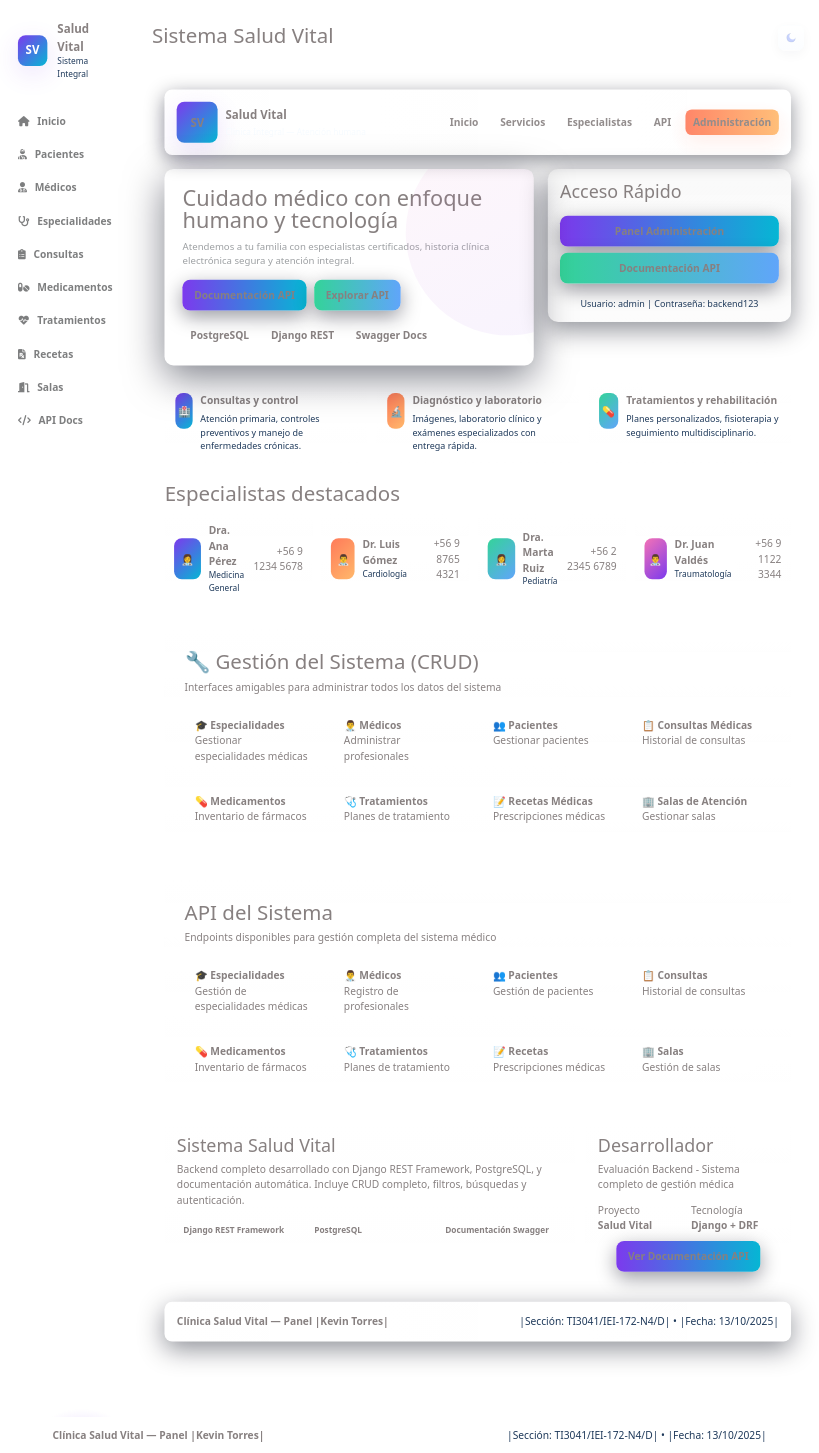
Repository: KeviNozh/eva2_clinica
Page: templates/index.html
The author's editor kept a copy of each file at every save. The page is drawn from the files as they stood at one save, then again after the next save.
The browser window is 1280 px wide. The pictures show the whole page, at 64% of full size.
The template is drawn by Django 5.2. The application's start-up code is not run. Other server files are loaded and not shown. The template is opened directly, without the code that normally fills it, so the values that code supplies are empty.

Above is the page before, as saved 2025-10-16 00:19:36.

### templates/index.html
{% extends 'base.html' %}

{% block title %}Inicio - Salud Vital{% endblock %}

{% block content %}
<!DOCTYPE html>
<html lang="es">
<head>
  <meta charset="utf-8" />
  <meta name="viewport" content="width=device-width,initial-scale=1" />
  <style>
  /* Paleta viva y variables */
  :root{
    --bg:#ffffff;      /* fondo oscuro general */
    --soft-bg:#f6fbff;          /* paneles claros */
    --glass: rgba(224, 255, 246, 0.06);
    --muted:#1e395a;
    --white: #878080;

    --c1-start:#7c3aed; --c1-end:#06b6d4;   /* morado -> cian */
    --c2-start:#ff7a59; --c2-end:#ffb86b;   /* naranja -> amarillo */
    --c3-start:#34d399; --c3-end:#60a5fa;   /* verde -> azul */
    --c4-start:#f472b6; --c4-end:#7c3aed;   /* rosa -> morado */

    --radius:14px;
    --shadow-lg: 0 18px 60px rgba(2,6,23,0.5);
    --max-width:1200px;
    font-family: Inter, system-ui, -apple-system, "Segoe UI", Roboto, "Helvetica Neue", Arial, sans-serif;
    color-scheme: dark;
  }

  /* Reset y layout */
  *{box-sizing:border-box}
  html,body{height:100%;margin:0;background:
    radial-gradient(600px 300px at 10% 10%, rgba(124,58,237,0.12), transparent 10%),
    radial-gradient(500px 240px at 90% 70%, rgba(6,182,212,0.08), transparent 8%),
    var(--bg);
    -webkit-font-smoothing:antialiased;color:var(--white);
  }
  a{color:inherit;text-decoration:none}
  .wrap{max-width:var(--max-width);margin:30px auto;padding:20px}

  /* Header */
  header.site{
    display:flex;align-items:center;gap:16px;padding:18px;border-radius:12px;
    background: linear-gradient(90deg, rgba(255,255,255,0.03), rgba(255,255,255,0.02));
    border: 1px solid rgba(255,255,255,0.04);
    box-shadow: 0 8px 30px rgba(2,6,23,0.45);
  }
  .brand{display:flex;gap:12px;align-items:center}
  .logo{
    width:64px;height:64px;border-radius:12px;background:linear-gradient(135deg,var(--c1-start),var(--c1-end));
    display:grid;place-items:center;font-weight:900;font-size:18px;color:var(--white);box-shadow:0 12px 40px rgba(124,58,237,0.14)
  }
  .brand .title{font-weight:800;font-size:18px}
  .brand .subtitle{font-size:13px;color:#f6fbff;margin-top:4px}

  nav.main{margin-left:auto;display:flex;gap:10px;align-items:center}
  .nav-link{padding:8px 12px;border-radius:10px;color:var(--white);opacity:0.9;font-weight:700}
  .nav-link.ghost{background:transparent;border:1px solid rgba(186, 179, 179, 0.04);opacity:0.8}
  .nav-link.cta{background:linear-gradient(90deg,var(--c2-start),var(--c2-end));box-shadow:0 12px 30px rgba(255,122,89,0.14)}

  /* Hero */
  .hero{display:grid;grid-template-columns:1fr 380px;gap:22px;margin-top:22px;align-items:start}
  @media (max-width:980px){ .hero{grid-template-columns:1fr} }
  .hero-card{
    background: linear-gradient(180deg, rgba(255,255,255,0.04), rgba(255,255,255,0.02));
    border-radius:var(--radius);padding:28px;box-shadow:var(--shadow-lg);
    position:relative;overflow:hidden;
  }
  /* decorative shapes */
  .hero-card::before{
    content:"";position:absolute;right:-120px;top:-60px;width:320px;height:320px;border-radius:160px;
    background:linear-gradient(135deg,var(--c4-start),var(--c4-end));opacity:0.06;transform:rotate(20deg);
  }
  .hero h1{margin:0;font-size:34px;line-height:1.02}
  .hero p{margin:12px 0;color:#9da0a3;font-size:15px}
  .cta-group{display:flex;gap:12px;margin-top:18px;flex-wrap:wrap}
  .btn{
    padding:12px 18px;border-radius:12px;border:0;font-weight:800;cursor:pointer;
    color:var(--white);box-shadow:0 10px 30px rgba(2,6,23,0.4)
  }
  .btn.primary{background:linear-gradient(90deg,var(--c1-start),var(--c1-end))}
  .btn.alt{background:linear-gradient(90deg,var(--c3-start),var(--c3-end))}

  /* Appointment card (right) */
  .appointment{
    background: linear-gradient(180deg, rgba(90, 90, 90, 0.03), rgba(87, 86, 86, 0.02));
    padding:18px;border-radius:16px;border:1px solid rgba(255,255,255,0.04);box-shadow:0 12px 40px rgba(2,6,23,0.45)
  }
  .appointment h3{margin:0 0 10px 0}
  .appointment label{display:block;font-size:13px;color:var(--muted);margin-bottom:6px}
  .appointment input, .appointment select{width:100%;padding:10px;border-radius:10px;border:1px solid rgba(255,255,255,0.04);background:transparent;color:var(--white);margin-bottom:10px}

  /* Services grid */
  .services{display:grid;grid-template-columns:repeat(3,1fr);gap:14px;margin-top:26px}
  @media (max-width:1100px){ .services{grid-template-columns:repeat(2,1fr)} }
  @media (max-width:700px){ .services{grid-template-columns:1fr} }
  .service{
    background:linear-gradient(180deg, rgba(255,255,255,0.02), rgba(255,255,255,0.01));
    padding:16px;border-radius:12px;border:1px solid rgba(255,255,255,0.03);display:flex;gap:12px;align-items:flex-start;
  }
  .service .icon{width:56px;height:56px;border-radius:12px;display:grid;place-items:center;color:var(--white);font-weight:900}
  .s1{background:linear-gradient(135deg,var(--c1-start),var(--c1-end))}
  .s2{background:linear-gradient(135deg,var(--c2-start),var(--c2-end))}
  .s3{background:linear-gradient(135deg,var(--c3-start),var(--c3-end))}
  .service .title{font-weight:800}
  .service .desc{color:var(--muted);margin-top:6px;font-size:14px}

  /* Specialists */
  .specialists{margin-top:28px}
  .specialists h2{margin:0 0 12px 0}
  .cards{display:grid;grid-template-columns:repeat(4,1fr);gap:14px}
  @media (max-width:1100px){ .cards{grid-template-columns:repeat(2,1fr)} }
  @media (max-width:600px){ .cards{grid-template-columns:1fr} }
  .doctor{
    background:linear-gradient(180deg, rgba(255,255,255,0.02), rgba(255,255,255,0.01));
    padding:14px;border-radius:12px;border:1px solid rgba(255,255,255,0.03);display:flex;gap:12px;align-items:center;
  }
  .avatar{width:64px;height:64px;border-radius:12px;display:grid;place-items:center;font-weight:900;color:var(--white)}
  .avatar.a1{background:linear-gradient(135deg,var(--c1-start),var(--c1-end))}
  .avatar.a2{background:linear-gradient(135deg,var(--c2-start),var(--c2-end))}
  .avatar.a3{background:linear-gradient(135deg,var(--c3-start),var(--c3-end))}
  .avatar.a4{background:linear-gradient(135deg,var(--c4-start),var(--c4-end))}
  .doc-meta .name{font-weight:800}
  .doc-meta .spec{color:var(--muted);font-size:13px}

  /* Facilities / base */
  .base{display:grid;grid-template-columns:2fr 1fr;gap:16px;margin-top:28px}
  @media (max-width:900px){ .base{grid-template-columns:1fr} }
  .about, .contact{
    background: linear-gradient(180deg, rgba(255,255,255,0.02), rgba(255,255,255,0.01));
    padding:18px;border-radius:12px;border:1px solid rgba(255,255,255,0.03);
  }
  .about h3{margin-top:0}
  .features{display:grid;grid-template-columns:repeat(3,1fr);gap:10px;margin-top:12px}
  .feature{padding:10px;border-radius:10px;background:linear-gradient(90deg, rgba(255,255,255,0.02), transparent);font-weight:700;color:var(--white);font-size:13px}

  /* Contact */
  .contact form input, .contact form textarea{width:100%;padding:10px;border-radius:10px;border:1px solid rgba(255,255,255,0.04);background:transparent;color:var(--white);margin-bottom:8px}

  /* Footer */
  footer.site{
    margin-top:28px;padding:18px;border-radius:12px;background:linear-gradient(90deg, rgba(255,255,255,0.03), rgba(255,255,255,0.02));
    border:1px solid rgba(255,255,255,0.04);
    display:flex;justify-content:space-between;align-items:center;gap:12px;box-shadow:0 12px 40px rgba(2,6,23,0.45)
  }
  .footer-left{font-weight:800}
  .footer-right{color:var(--muted)}
  .pill{display:inline-block;padding:8px 12px;border-radius:999px;background:rgba(255,255,255,0.04);font-weight:700}

  /* API Links Section */
  .api-section {
    margin-top: 40px;
    padding: 30px;
    background: linear-gradient(180deg, rgba(255,255,255,0.03), rgba(255,255,255,0.01));
    border-radius: 16px;
    border: 1px solid rgba(255,255,255,0.04);
  }
  .api-links {
    display: grid;
    grid-template-columns: repeat(auto-fit, minmax(200px, 1fr));
    gap: 15px;
    margin-top: 20px;
  }
  .api-link {
    padding: 15px;
    background: rgba(255,255,255,0.02);
    border-radius: 10px;
    border: 1px solid rgba(255,255,255,0.03);
    transition: all 0.3s ease;
  }
  .api-link:hover {
    background: rgba(255,255,255,0.05);
    transform: translateY(-2px);
  }

  /* Small responsive tweaks */
  @media (max-width:520px){
    .nav-link{display:none}
    header.site{padding:12px}
    .logo{width:52px;height:52px}
  }
  </style>
</head>
<body>
  <div class="wrap">
    <!-- Header -->
    <header class="site" role="banner" aria-label="Encabezado principal">
      <div class="brand">
        <div class="logo" aria-hidden>SV</div>
        <div>
          <div class="title">Salud Vital</div>
          <div class="subtitle">Clínica Integral — Atención humana</div>
        </div>
      </div>

      <nav class="main" role="navigation" aria-label="Navegación principal">
        <a class="nav-link" href="#home">Inicio</a>
        <a class="nav-link" href="#servicios">Servicios</a>
        <a class="nav-link" href="#medicos">Especialistas</a>
        <a class="nav-link" href="#api">API</a>
        <a class="nav-link cta" href="/admin/">Administración</a>
      </nav>
    </header>

    <!-- Hero + Appointment -->
    <section class="hero" id="home" aria-labelledby="hero-title">
      <div class="hero-card">
        <h1 id="hero-title">Cuidado médico con enfoque humano y tecnología</h1>
        <p>Atendemos a tu familia con especialistas certificados, historia clínica electrónica segura y atención integral.</p>

        <div class="cta-group">
          <a class="btn primary" href="/api/docs/">Documentación API</a>
          <a class="btn alt" href="/api/">Explorar API</a>
        </div>

        <div style="margin-top:18px;display:flex;gap:10px;flex-wrap:wrap">
          <span class="pill">PostgreSQL</span>
          <span class="pill">Django REST</span>
          <span class="pill">Swagger Docs</span>
        </div>
      </div>

      <aside class="appointment" aria-labelledby="ap-title" id="cita">
        <h3 id="ap-title">Acceso Rápido</h3>
        <div style="text-align: center; margin: 20px 0;">
          <a href="/admin/" class="btn primary" style="display: block; margin-bottom: 10px;">Panel Administración</a>
          <a href="/api/docs/" class="btn alt" style="display: block;">Documentación API</a>
        </div>
        <div style="color: var(--muted); font-size: 14px; text-align: center;">
          Usuario: admin | Contraseña: backend123
        </div>
      </aside>
    </section>

    <!-- Services -->
    <section id="servicios" class="services" aria-label="Servicios destacados">
      <article class="service">
        <div class="icon s1">🏥</div>
        <div>
          <div class="title">Consultas y control</div>
          <div class="desc">Atención primaria, controles preventivos y manejo de enfermedades crónicas.</div>
        </div>
      </article>

      <article class="service">
        <div class="icon s2">🔬</div>
        <div>
          <div class="title">Diagnóstico y laboratorio</div>
          <div class="desc">Imágenes, laboratorio clínico y exámenes especializados con entrega rápida.</div>
        </div>
      </article>

      <article class="service">
        <div class="icon s3">💊</div>
        <div>
          <div class="title">Tratamientos y rehabilitación</div>
          <div class="desc">Planes personalizados, fisioterapia y seguimiento multidisciplinario.</div>
        </div>
      </article>
    </section>

    <!-- Specialists -->
    <section class="specialists" id="medicos">
      <h2>Especialistas destacados</h2>
      <div class="cards" role="list">
        <div class="doctor" role="listitem">
          <div class="avatar a1">👩‍⚕️</div>
          <div class="doc-meta" style="flex:1">
            <div class="name">Dra. Ana Pérez</div>
            <div class="spec">Medicina General</div>
          </div>
          <div style="text-align:right">
            <div class="muted">+56 9 1234 5678</div>
          </div>
        </div>

        <div class="doctor">
          <div class="avatar a2">👨‍⚕️</div>
          <div class="doc-meta" style="flex:1">
            <div class="name">Dr. Luis Gómez</div>
            <div class="spec">Cardiología</div>
          </div>
          <div style="text-align:right">
            <div class="muted">+56 9 8765 4321</div>
          </div>
        </div>

        <div class="doctor">
          <div class="avatar a3">👩‍⚕️</div>
          <div class="doc-meta" style="flex:1">
            <div class="name">Dra. Marta Ruiz</div>
            <div class="spec">Pediatría</div>
          </div>
          <div style="text-align:right">
            <div class="muted">+56 2 2345 6789</div>
          </div>
        </div>

        <div class="doctor">
          <div class="avatar a4">👨‍⚕️</div>
          <div class="doc-meta" style="flex:1">
            <div class="name">Dr. Juan Valdés</div>
            <div class="spec">Traumatología</div>
          </div>
          <div style="text-align:right">
            <div class="muted">+56 9 1122 3344</div>
          </div>
        </div>
      </div>
    </section>

<!-- Agregar esta sección después de "Especialistas destacados" -->
<section class="api-section" id="crud">
  <h2>🔧 Gestión del Sistema (CRUD)</h2>
  <p class="muted">Interfaces amigables para administrar todos los datos del sistema</p>

  <div class="api-links">
    <a href="/crud/especialidades/" class="api-link">
      <strong>🎓 Especialidades</strong>
      <div class="muted">Gestionar especialidades médicas</div>
    </a>
    <a href="/crud/medicos/" class="api-link">
      <strong>👨‍⚕️ Médicos</strong>
      <div class="muted">Administrar profesionales</div>
    </a>
    <a href="/crud/pacientes/" class="api-link">
      <strong>👥 Pacientes</strong>
      <div class="muted">Gestionar pacientes</div>
    </a>
    <a href="/crud/consultas/" class="api-link">
      <strong>📋 Consultas Médicas</strong>
      <div class="muted">Historial de consultas</div>
    </a>
    <a href="/crud/medicamentos/" class="api-link">
      <strong>💊 Medicamentos</strong>
      <div class="muted">Inventario de fármacos</div>
    </a>
    <a href="/crud/tratamientos/" class="api-link">
      <strong>🩺 Tratamientos</strong>
      <div class="muted">Planes de tratamiento</div>
    </a>
    <a href="/crud/recetas/" class="api-link">
      <strong>📝 Recetas Médicas</strong>
      <div class="muted">Prescripciones médicas</div>
    </a>
    <a href="/crud/salas/" class="api-link">
      <strong>🏢 Salas de Atención</strong>
      <div class="muted">Gestionar salas</div>
    </a>
  </div>
</section>

    <!-- API Section -->
    <section class="api-section" id="api">
      <h2>API del Sistema</h2>
      <p class="muted">Endpoints disponibles para gestión completa del sistema médico</p>

      <div class="api-links">
        <a href="/api/especialidades/" class="api-link">
          <strong>🎓 Especialidades</strong>
          <div class="muted">Gestión de especialidades médicas</div>
        </a>
        <a href="/api/medicos/" class="api-link">
          <strong>👨‍⚕️ Médicos</strong>
          <div class="muted">Registro de profesionales</div>
        </a>
        <a href="/api/pacientes/" class="api-link">
          <strong>👥 Pacientes</strong>
          <div class="muted">Gestión de pacientes</div>
        </a>
        <a href="/api/consultas-medicas/" class="api-link">
          <strong>📋 Consultas</strong>
          <div class="muted">Historial de consultas</div>
        </a>
        <a href="/api/medicamentos/" class="api-link">
          <strong>💊 Medicamentos</strong>
          <div class="muted">Inventario de fármacos</div>
        </a>
        <a href="/api/tratamientos/" class="api-link">
          <strong>🩺 Tratamientos</strong>
          <div class="muted">Planes de tratamiento</div>
        </a>
        <a href="/api/recetas-medicas/" class="api-link">
          <strong>📝 Recetas</strong>
          <div class="muted">Prescripciones médicas</div>
        </a>
        <a href="/api/salas-atencion/" class="api-link">
          <strong>🏢 Salas</strong>
          <div class="muted">Gestión de salas</div>
        </a>
      </div>
    </section>

    <!-- Base / About & Contact -->
    <section class="base" id="contacto">
      <div class="about">
        <h3>Sistema Salud Vital</h3>
        <p class="muted">Backend completo desarrollado con Django REST Framework, PostgreSQL, y documentación automática. Incluye CRUD completo, filtros, búsquedas y autenticación.</p>

        <div class="features" aria-hidden>
          <div class="feature">Django REST Framework</div>
          <div class="feature">PostgreSQL</div>
          <div class="feature">Documentación Swagger</div>
        </div>
      </div>

      <aside class="contact" aria-labelledby="contact-title">
        <h3 id="contact-title">Desarrollador</h3>
        <p class="muted">Evaluación Backend - Sistema completo de gestión médica</p>

        <div style="display:flex;gap:8px;margin-top:8px">
          <div style="flex:1">
            <div class="muted">Proyecto</div>
            <div style="font-weight:800">Salud Vital</div>
          </div>
          <div style="flex:1">
            <div class="muted">Tecnología</div>
            <div style="font-weight:800">Django + DRF</div>
          </div>
        </div>

        <div style="margin-top:12px; text-align: center;">
          <a href="/api/docs/" class="btn primary">Ver Documentación API</a>
        </div>
      </aside>
    </section>

    <!-- Footer -->
    <footer class="site" role="contentinfo">
      <div class="footer-left">
        Clínica Salud Vital — Panel |Kevin Torres|
      </div>
      <div class="footer-right">
        <div class="muted">|Sección: TI3041/IEI-172-N4/D| • |Fecha: 13/10/2025|</div>
      </div>
    </footer>
  </div>
</body>
</html>
{% endblock %}

Loaded but not shown: templates/base.html (345 lines, source omitted)

After the next save:
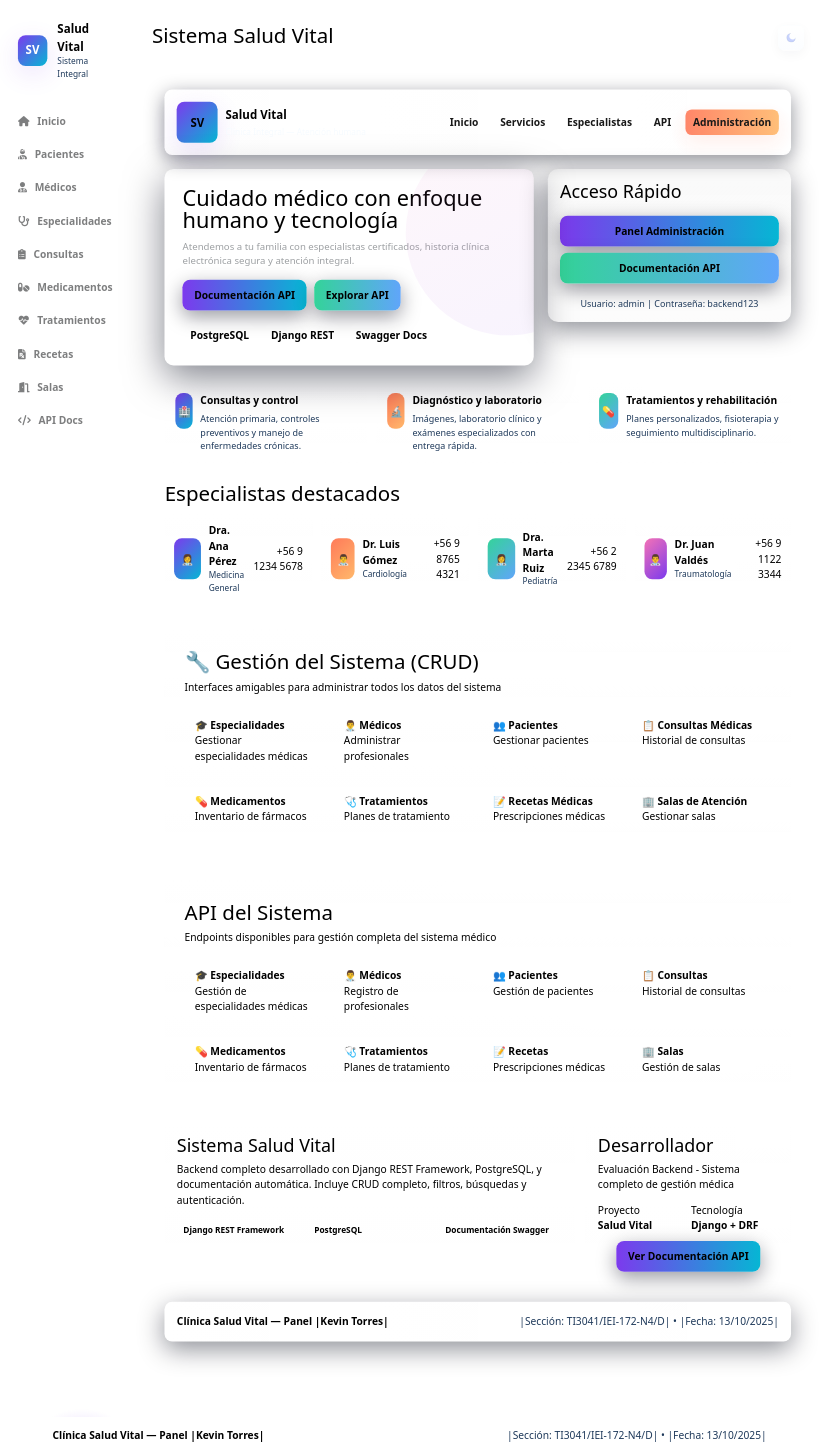
Saved 6 s later.
--- a/templates/index.html
+++ b/templates/index.html
@@ -15,7 +15,7 @@
     --soft-bg:#f6fbff;          /* paneles claros */
     --glass: rgba(224, 255, 246, 0.06);
     --muted:#1e395a;
-    --white: #878080;
+    --white: #000000ff;
 
     --c1-start:#7c3aed; --c1-end:#06b6d4;   /* morado -> cian */
     --c2-start:#ff7a59; --c2-end:#ffb86b;   /* naranja -> amarillo */
